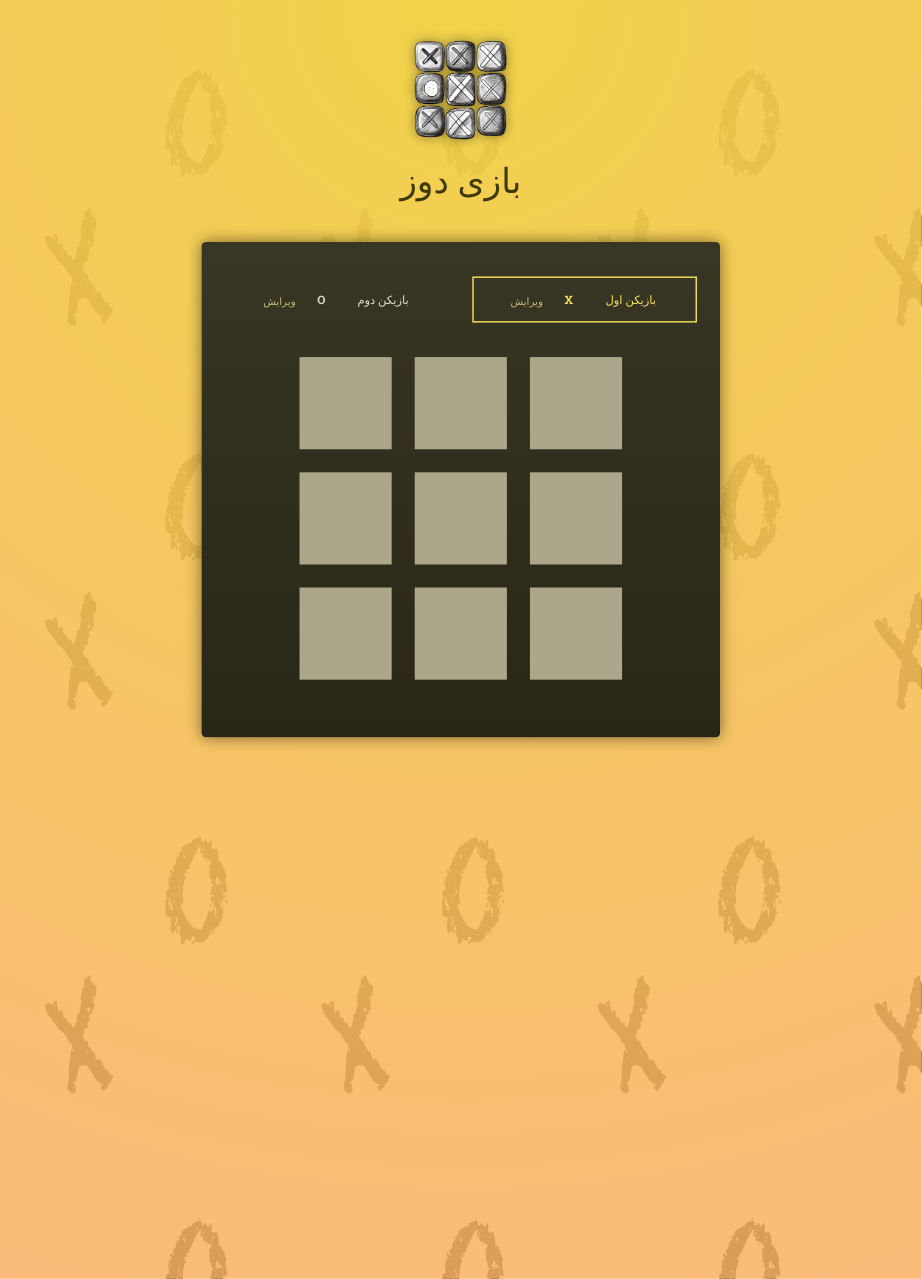
Repository: H-ala/react-tic-toc-toe
Page: /
An editor plug-in stored every save of this project. The page is shown before and after the next save, followed by the edit.
The browser window is 1280 px wide. The pictures show the whole page, at 72% of full size.
Some web fonts or font styles are not loaded; a fallback is used. The project was rebuilt for these pictures with package versions that can differ from the ones it lists, and the page was loaded fresh each time. Also part of the build but not shown: vite.config.js, src/components/GameOver.jsx.

Above is the page before, as saved 2025-10-21 18:48:32.

### index.html
<!DOCTYPE html>
<html lang="en">
  <head>
    <meta charset="UTF-8" />
    <link rel="icon" type="image/svg+xml" href="/game-logo.png" />
    <meta name="viewport" content="width=device-width, initial-scale=1.0" />
    <title>React Tic-Tac-Toe</title>
  </head>
  <body>
    <header>
      <img src="game-logo.png" alt="main picture">
      <h1>بازی دوز</h1>
    </header>
    <div id="root"></div>
    <script type="module" src="/src/index.jsx"></script>
  </body>
</html>

### src/App.jsx
import { WINNING_COMBINATIONS } from "./winning_combinations.js";
import { useState } from "react";
import GameBoard from "./components/GameBoard.jsx";
import GameOver from "./components/GameOver.jsx";
import Player from "./components/Player.jsx";
import Log from "./components/Log.jsx";

const PLAYERS = {
    X: "بازیکن اول",
    O: "بازیکن دوم",
  }

const INITIAL_GAME_BOARD = [
  [null, null, null],
  [null, null, null],
  [null, null, null],
];

function deriveActivePlayer(gameTurns) {
  let currentPlayer = "X";
  if (gameTurns.length > 0 && gameTurns[0].player === "X") {
    currentPlayer = "O";
  }
  return currentPlayer;
}

function deriveGameBoard(gameTurns) {
  let gameBoard = [...INITIAL_GAME_BOARD.map((innerArray) => [...innerArray])];

  for (const turn of gameTurns) {
    const { square, player } = turn;
    const { row, col } = square;

    gameBoard[row][col] = player;
  }
  return gameBoard
}

function deriveWinner(gameBoard, players) {
  let winner;

  for (const combination of WINNING_COMBINATIONS) {
    const firstSquareSymbol =
      gameBoard[combination[0].row][combination[0].column];
    const secondSquareSymbol =
      gameBoard[combination[1].row][combination[1].column];
    const thirdSquareSymbol =
      gameBoard[combination[2].row][combination[2].column];

    if (
      firstSquareSymbol &&
      firstSquareSymbol === secondSquareSymbol &&
      firstSquareSymbol === thirdSquareSymbol
    ) {
      winner = players[firstSquareSymbol];
    }
  }

  return winner;
}

function App() {
  const [players, setplayers] = useState(PLAYERS);
  const [gameTurns, setGameTurns] = useState([]);

  const activePlayer = deriveActivePlayer(gameTurns);

  const gameBoard = deriveGameBoard(gameTurns);
  const winner = deriveWinner(gameBoard, players);
  const isDraw = gameTurns.length === 9 && !winner;

  function handleSelectSquare(rowIndex, colIndex) {
    setGameTurns((prevTurns) => {
      const currentPlayer = deriveActivePlayer(prevTurns);
      const updatedTurns = [
        {
          square: { row: rowIndex, col: colIndex },
          player: currentPlayer,
        },
        ...prevTurns,
      ];
      return updatedTurns;
    });
  }

  function handlePlayerName(symbol, newName) {
    setplayers((prevPlayers) => {
      return {
        ...prevPlayers,
        [symbol]: newName,
      };
    });
  }

  function handleRestart() {
    setGameTurns([]);
  }
  return (
    <main>
      <div id="game-container">
        <ol id="players" className="highlight-player">
          <Player
            initialName={PLAYERS.X}
            symbol="X"
            isActive={activePlayer === "X"}
            onChangeName={handlePlayerName}
          />
          <Player
            initialName={PLAYERS.O}
            symbol="O"
            isActive={activePlayer === "O"}
            onChangeName={handlePlayerName}
          />
        </ol>
        {(winner || isDraw) && (
          <GameOver winner={winner} onRestart={handleRestart} />
        )}
        <GameBoard onSelectSquare={handleSelectSquare} board={gameBoard} />
      </div>
      <Log turns={gameTurns} />
    </main>
  );
}

export default App;

### src/index.css
@import url("https://fonts.googleapis.com/css2?family=Caprasimo&family=Roboto+Slab:wght@400;700&display=swap");

* {
  box-sizing: border-box;
}

html {
  font-family: "Roboto Slab", sans-serif;
  line-height: 1.5;

  color: #ebe7ef;

  font-synthesis: none;
  text-rendering: optimizeLegibility;
  -webkit-font-smoothing: antialiased;
  -moz-osx-font-smoothing: grayscale;
  -webkit-text-size-adjust: 100%;
}

body {
  background: radial-gradient(
      circle at top,
      rgba(241, 210, 70, 0.98),
      rgba(250, 176, 103, 0.87)
    ),
    url("bg-pattern-dark.png");
  background-repeat: repeat;
  background-size: 100% 100%, 30% 30%, 100% 100%;
  min-height: 110rem;
  direction: rtl;
}

header {
  text-align: center;
}

header img {
  width: 8rem;
  object-fit: contain;
  margin: 3rem auto 1rem auto;
  filter: drop-shadow(0 0 8px rgba(0, 0, 0, 0.4));
}

h1 {
  font-family: "Caprasimo", cursive;
  font-size: 3rem;
  margin: 0 auto 3rem auto;
  color: #3f3b00;
}

#game-container {
  max-width: 45rem;
  margin: 3rem auto;
  padding: 2rem;
  border-radius: 6px;
  background: linear-gradient(#383624, #282617);
  box-shadow: 0 0 20px rgba(0, 0, 0, 0.5);
  position: relative;
}

#players {
  list-style: none;
  padding: 0;
  margin: 1rem 0;
  display: flex;
  justify-content: center;
  align-items: center;
  gap: 2rem;
}

#players li {
  display: flex;
  align-items: center;
  width: 50%;
  border: 2px solid transparent;
}

#players.highlight-player li.active {
  border-color: #f6e35a;
  animation: pulse 2s infinite ease-in-out;
}

#players.highlight-player li.active .player-name,
#players.highlight-player li.active .player-symbol {
  color: #f6e35a;
}

#players button {
  width: 3rem;
  border: none;
  background: none;
  color: #c3ba78;
  font-size: 0.9rem;
  cursor: pointer;
  transition: color 0.2s;
  padding: 0.5rem 0.25rem 0.25rem 0.25rem;
  text-align: center;
}

#players button:hover {
  color: #f8ca31;
}

.player {
  border: 2px solid transparent;
  padding: 0.5rem;
  border-radius: 4px;
  font-weight: bold;
}

.player-name {
  display: inline-block;
  width: 10rem;
  font-size: 1rem;
  color: #e1dec7;
  text-transform: uppercase;
  margin: 0;
  padding: 0.5rem;
  border-radius: 4px;
  text-overflow: ellipsis;
  text-align: center;
}

.player input {
  font: inherit;
  font-size: 1rem;
  width: 10rem;
  border: none;
  padding: 0.5rem;
  animation: pulse-text 2s infinite;
  background-color: #46432f;
  text-align: center;
  text-transform: uppercase;
}

.player-symbol {
  margin-left: 1rem;
  font-size: 1rem;
  color: #e1dec7;
}

ol {
  list-style: none;
  margin: 0;
  padding: 0;
}

/* #pre-game {
  text-align: center;
}

#pre-game button {
  cursor: pointer;
  background: none;
  color: #f8c031;
  border: none;
  font-family: "Caprasimo", cursive;
  font-size: 4rem;
  text-shadow: 0 0 12px rgba(0, 0, 0, 0.7);
  animation: pulse-text-size 2s infinite ease-out;
} */

#game-board {
  display: flex;
  flex-wrap: wrap;
  justify-content: center;
  gap: 2rem;
  margin: 3rem 0;
  padding: 0;
  flex-direction: column;
}

#game-board ol {
  display: flex;
  flex-wrap: wrap;
  justify-content: center;
  gap: 2rem;
  margin: 0;
  padding: 0;
}

#game-board button {
  width: 8rem;
  height: 8rem;
  border: none;
  background: #aca788;
  color: #3f3b00;
  font-size: 5rem;
  cursor: pointer;
  font-family: "Caprasimo", cursive;
  padding: 1rem;
}

#game-over {
  position: absolute;
  top: 0;
  left: 0;
  width: 100%;
  height: 100%;
  display: flex;
  flex-direction: column;
  justify-content: center;
  align-items: center;
  background-color: rgba(40, 38, 23, 0.95);
  animation: pop-in 0.5s cubic-bezier(0.68, -0.55, 0.65, 0.52) forwards;
}

#game-over h2 {
  font-family: "Caprasimo", cursive;
  font-size: 4rem;
  text-align: center;
  color: #fcd256;
  margin: 0;
}

#game-over p {
  font-size: 2rem;
  text-align: center;
  color: #e1dec7;
}

#game-over button {
  display: block;
  margin: 0 auto;
  font-size: 1.5rem;
  background: none;
  border: 2px solid #fcd256;
  color: #fcd256;
  padding: 0.5rem 1rem;
  border-radius: 4px;
  cursor: pointer;
  transition: all 0.2s, color 0.2s;
  box-shadow: 0 0 8px rgba(255, 187, 0, 0.4);
}

#game-over button:hover {
  background: #fcd256;
  color: #3f3b00;
  transform: scale(1.1);
  box-shadow: 0 0 20px rgba(255, 187, 0, 0.8);
}

#log {
  max-width: 20rem;
  color: #3f3b00;
  list-style: none;
  margin: 2rem auto;
  padding: 0;
  text-align: center;
}

#log li {
  border-radius: 4px;
  animation: slide-in-from-left 1s cubic-bezier(0.075, 0.82, 0.165, 1) forwards;
  margin: 0.75rem;
}

#log li.highlighted {
  background-color: #3f3b00;
  color: white;
}

#game-hints {
  text-align: center;
  color: #46432f;
}

#game-hints h2 {
  font-family: "Caprasimo", cursive;
  font-size: 2rem;
  margin: 0;
}

#game-hints ul {
  list-style: none;
  padding: 0;
  margin: 0;
}

#game-hints button {
  cursor: pointer;
  border: none;
  background: transparent;
  color: #23221f;
  font: inherit;
  margin-top: 1.5rem;
}

@keyframes slide-in-from-left {
  0% {
    opacity: 0;
    transform: translateX(-30%);
  }
  100% {
    opacity: 1;
    transform: translateX(0);
  }
}

@keyframes pulse-text {
  0% {
    color: #e1dec7;
  }
  50% {
    color: #9f9d83;
  }
  100% {
    color: #e1dec7;
  }
}

@keyframes pulse-text-size {
  0% {
    transform: scale(1);
  }
  50% {
    transform: scale(1.05);
  }
  100% {
    transform: scale(1);
  }
}

@keyframes pulse {
  0% {
    border-color: #f6e35a;
    box-shadow: 0 0 0 0 rgba(246, 227, 90, 0.4);
  }
  50% {
    border-color: #f8c031;
    box-shadow: 0 0 0 0.5rem rgba(248, 165, 49, 0);
  }
  100% {
    border-color: #f6e35a;
    box-shadow: 0 0 0 0 rgba(246, 227, 90, 0);
  }
}

/* Fancy animation for showing the "Game Over" element */
@keyframes pop-in {
  0% {
    transform: scale(0);
    opacity: 0;
  }
  80% {
    transform: scale(1.1);
    opacity: 1;
  }
  100% {
    transform: scale(1);
  }
}

@media (max-width: 768px) {
  h1 {
    font-size: 2rem;
  }

  #game-container {
    padding: 1rem;
    margin: 1rem;
  }

  #players {
    flex-direction: column;
    gap: 1rem;
  }

  #players li {
    width: 100%;
    align-items: center;
    justify-content: center;
  }

  #game-board button {
    width: 6rem;
    height: 6rem;
    font-size: 3rem;
  }

  #game-over p {
    font-size: 1.2rem;
  }
}
@media (max-width: 480px) {
  body {
    background-size: cover;
  }

  header img {
    width: 4.5rem;
  }

  h1 {
    font-size: 1.8rem;
  }

  #game-container {
    padding: 0.5rem;
    margin: 0.5rem;
  }

  #players {
    flex-direction: column;
    gap: 0.5rem;
  }

  #players li {
    width: 100%;
    align-items: center;
    justify-content: center;
  }

  #game-board button {
    width: 4rem;
    height: 4rem;
    font-size: 2rem;
  }

  #log {
    font-size: 0.9rem;
    overflow-y: auto;
  }
}

### src/winning_combinations.js
export const WINNING_COMBINATIONS = [
  [
    { row: 0, column: 0 },
    { row: 0, column: 1 },
    { row: 0, column: 2 },
  ],
  [
    { row: 1, column: 0 },
    { row: 1, column: 1 },
    { row: 1, column: 2 },
  ],
  [
    { row: 2, column: 0 },
    { row: 2, column: 1 },
    { row: 2, column: 2 },
  ],
  [
    { row: 0, column: 0 },
    { row: 1, column: 0 },
    { row: 2, column: 0 },
  ],
  [
    { row: 0, column: 1 },
    { row: 1, column: 1 },
    { row: 2, column: 1 },
  ],
  [
    { row: 0, column: 2 },
    { row: 1, column: 2 },
    { row: 2, column: 2 },
  ],
  [
    { row: 0, column: 0 },
    { row: 1, column: 1 },
    { row: 2, column: 2 },
  ],
  [
    { row: 0, column: 2 },
    { row: 1, column: 1 },
    { row: 2, column: 0 },
  ],
];

### src/components/Player.jsx
import { useState } from "react";

export default function ({ initialName, symbol, isActive, onChangeName }) {
  const [playerName, setplayerName] = useState(initialName);
  const [isEditting, setIsEditting] = useState(false);

  function handleEditClick() {
    setIsEditting((editting) => !editting);
    if (isEditting) {
      onChangeName(symbol, playerName);
    }
  }

  function handleChange(event) {
    setplayerName(event.target.value);
  }

  let edittablePlayerName = <span className="player-name">{playerName}</span>;
  if (isEditting) {
    edittablePlayerName = (
      <input type="text" required value={playerName} onChange={handleChange} />
    );
  }
  return (
    <li className={isActive ? "active" : undefined}>
      <span className="player">
        {edittablePlayerName}
        <span className="player-symbol">{symbol}</span>
      </span>
      <button onClick={handleEditClick}>{isEditting ? "ذخیره" : "ویرایش"} </button>
    </li>
  );
}

### src/components/Log.jsx
export default function Log({ turns }) {
  return (
    <ol id="log">
      {turns.map((turn) => (
        <li key={`${turn.square.row}${turn.square.col}`}>
          {turn.player} ردیف {turn.square.row + 1} و ستون {turn.square.col + 1}{" "}
          را انتخاب کرد
        </li>
      ))}
    </ol>
  );
}

Loaded but not shown: src/index.jsx (common file); src/components/GameBoard.jsx (common file)

After the next save:
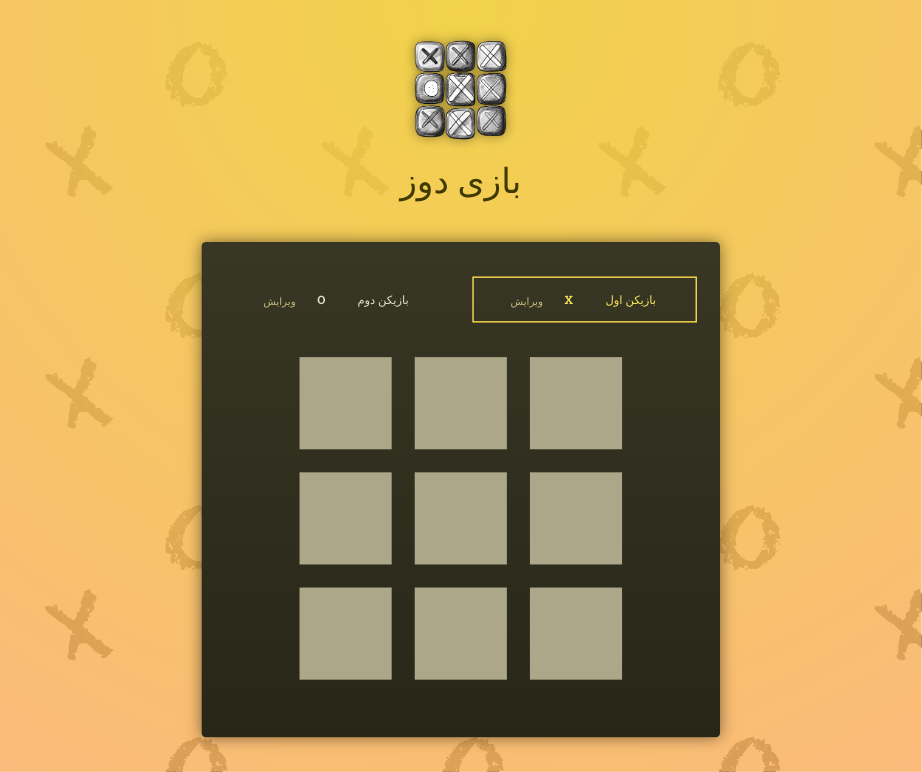
Saved 11 s later.
--- a/src/index.css
+++ b/src/index.css
@@ -26,7 +26,6 @@ body {
     url("bg-pattern-dark.png");
   background-repeat: repeat;
   background-size: 100% 100%, 30% 30%, 100% 100%;
-  min-height: 110rem;
   direction: rtl;
 }
 
